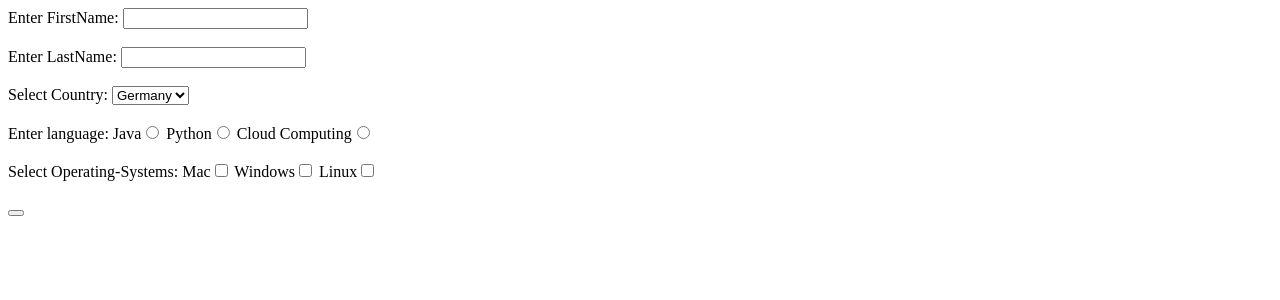
Repository: Gunjan1908/AdvanceJava
Page: http://localhost/SpringMVC/student/hello
An editor plug-in stored every save of this project. The page is shown before and after the next save, followed by the edit.
The browser window is 1280 px wide. The pictures show the whole page.
The page is served by Tomcat 9.

Above is the page before, as saved 2023-12-02 04:33:00.

After the next save:
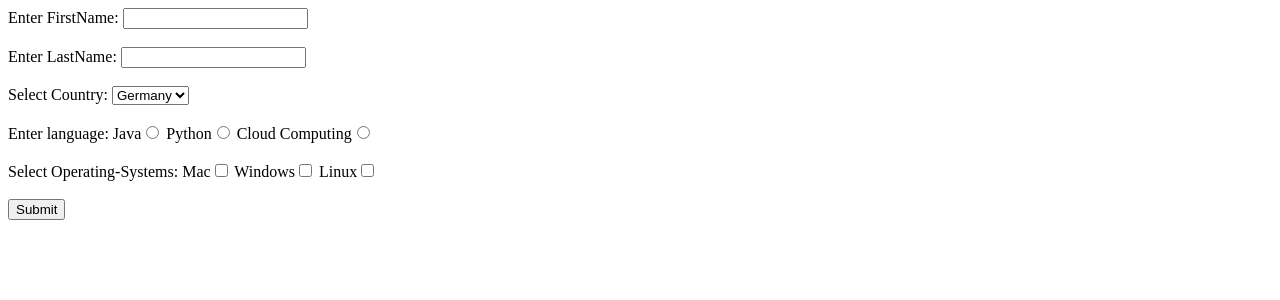
Saved 34 s later.
--- a/SpringMVC/WebContent/WEB-INF/views/student-form.jsp
+++ b/SpringMVC/WebContent/WEB-INF/views/student-form.jsp
@@ -34,7 +34,8 @@ Mac<form:checkbox path="operatingSystems" value="Mac"/>
 Windows<form:checkbox path="operatingSystems" value="Windows"/>
 Linux<form:checkbox path="operatingSystems" value="Linux"/>
 <br><br>
-<form:button type="submit" value="Submit" ></form:button>
+<%-- <form:button type="submit" value="Submit" ></form:button> --%>
+<input type="submit" value="Submit">
 </form:form>
 
 
